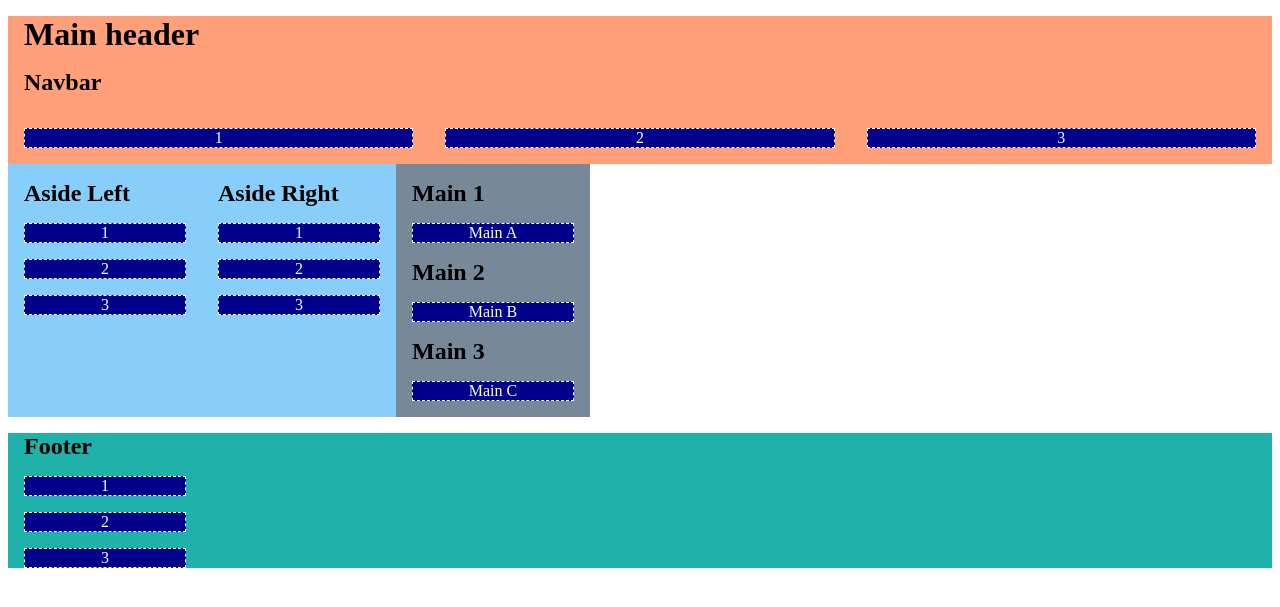
Repository: Colo-Codes/code-practice
Page: 02-css-practice-10-RWD.html
The author's editor kept a copy of each file at every save. The page is drawn from the files as they stood at one save, then again after the next save.
The browser window is 1280 px wide. The pictures show the whole page.

Above is the page before, as saved 2021-06-07 08:48:21.

After the next save:
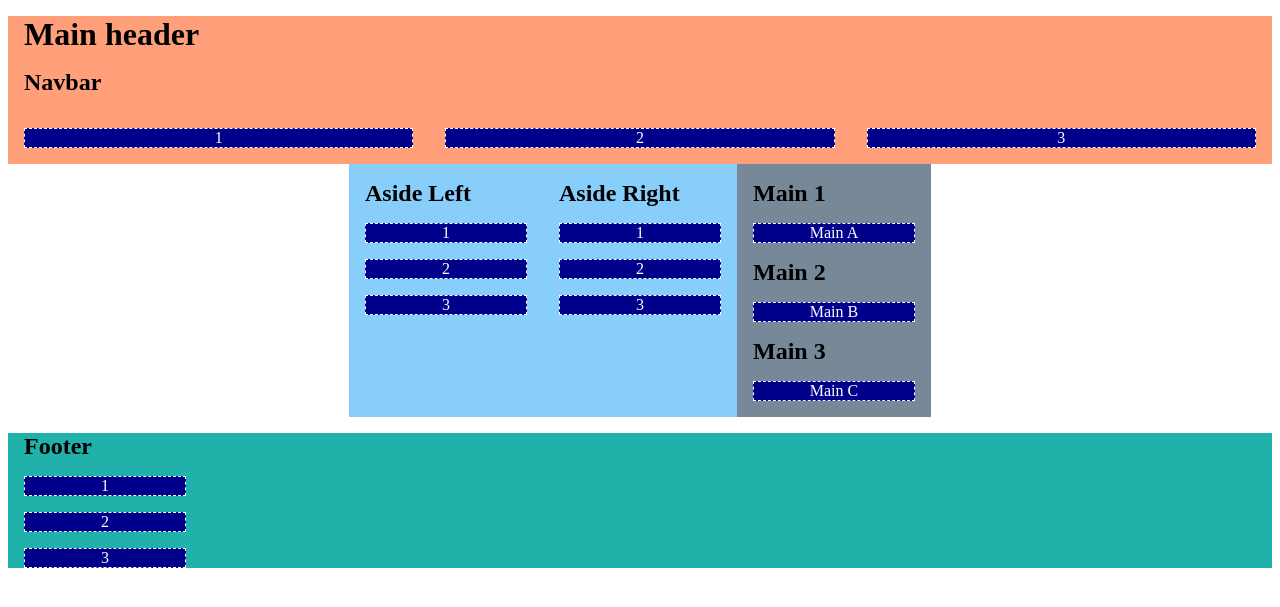
Saved 12 s later.
--- a/02-css-practice-10-RWD.html
+++ b/02-css-practice-10-RWD.html
@@ -42,7 +42,7 @@
 
         #flex-container-aside-main-aside {
             display: flex;
-            justify-items: right;
+            justify-content: center;
         }
     </style>
 </head>

After the save that followed:
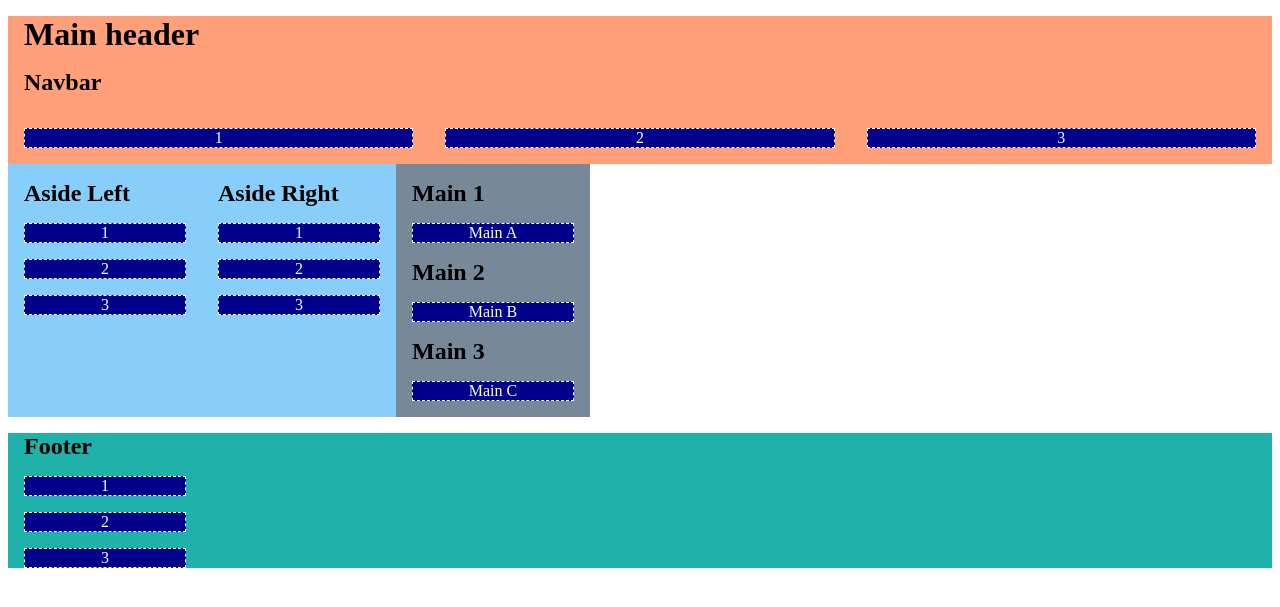
Saved 52 s later.
--- a/02-css-practice-10-RWD.html
+++ b/02-css-practice-10-RWD.html
@@ -42,7 +42,6 @@
 
         #flex-container-aside-main-aside {
             display: flex;
-            justify-content: center;
         }
     </style>
 </head>
